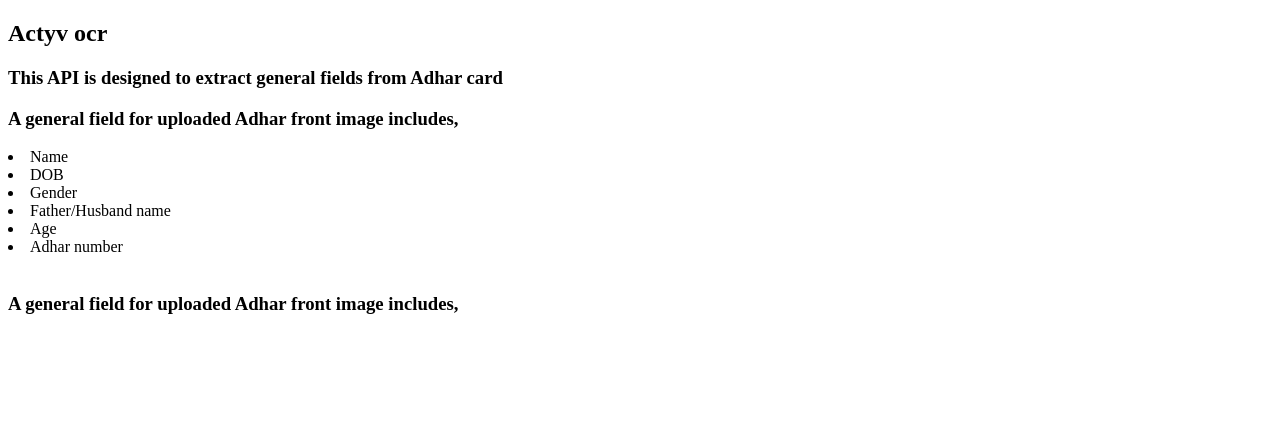
Repository: Sahana-M/OCR-for-Adhar
Page: template/home.html
The author's editor kept a copy of each file at every save. The page is drawn from the files as they stood at one save, then again after the next save.
The browser window is 1280 px wide. The pictures show the whole page.

Above is the page before, as saved 2020-03-25 21:12:38.

### template/home.html
<!DOCTYPE html>
<html lang="en">
<head>
    <meta charset="UTF-8">
    <meta name="viewport" content="width=device-width, initial-scale=1.0">
    <meta http-equiv="X-UA-Compatible" content="ie=edge">
    <title>Actyv OCR</title>
</head>
<body>
        <h2>Actyv ocr</h2>
        <h3>This API is designed to extract general fields from Adhar card</h3>
        <h3>A general field for uploaded Adhar front image includes, </h3>
        <li>Name</li>
        <li>DOB</li>
        <li>Gender</li>
        <li>Father/Husband name</li>
        <li>Age</li>
        <li>Adhar number</li>
        <br>
        <h3>A general field for uploaded Adhar front image includes, </h3>
    </body>
</html>

After the next save:
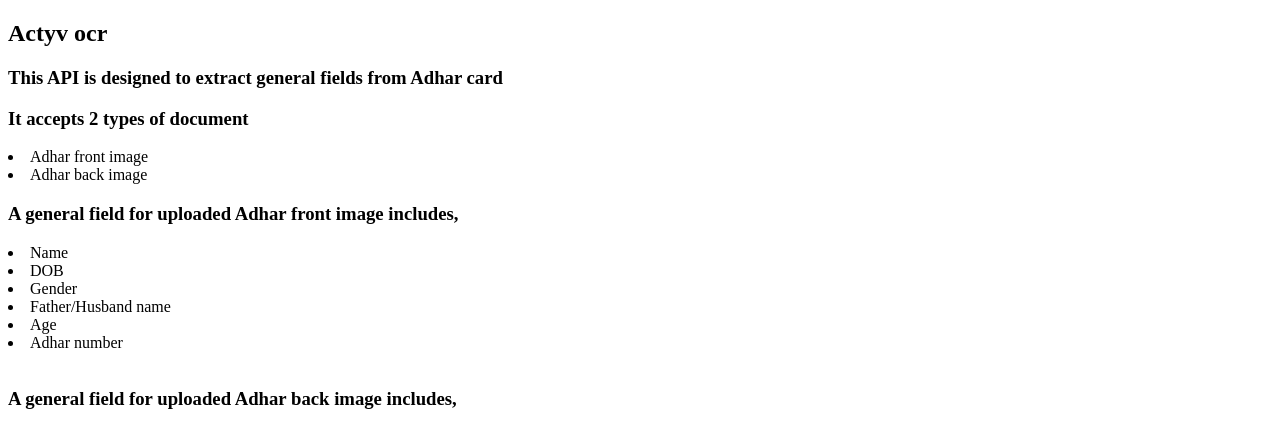
Saved 65 s later.
--- a/template/home.html
+++ b/template/home.html
@@ -9,6 +9,9 @@
 <body>
         <h2>Actyv ocr</h2>
         <h3>This API is designed to extract general fields from Adhar card</h3>
+        <h3>It accepts 2 types of document</h3>
+        <li>Adhar front image</li>
+        <li>Adhar back image</li>
         <h3>A general field for uploaded Adhar front image includes, </h3>
         <li>Name</li>
         <li>DOB</li>
@@ -17,6 +20,6 @@
         <li>Age</li>
         <li>Adhar number</li>
         <br>
-        <h3>A general field for uploaded Adhar front image includes, </h3>
+        <h3>A general field for uploaded Adhar back image includes, </h3>
     </body>
 </html>
